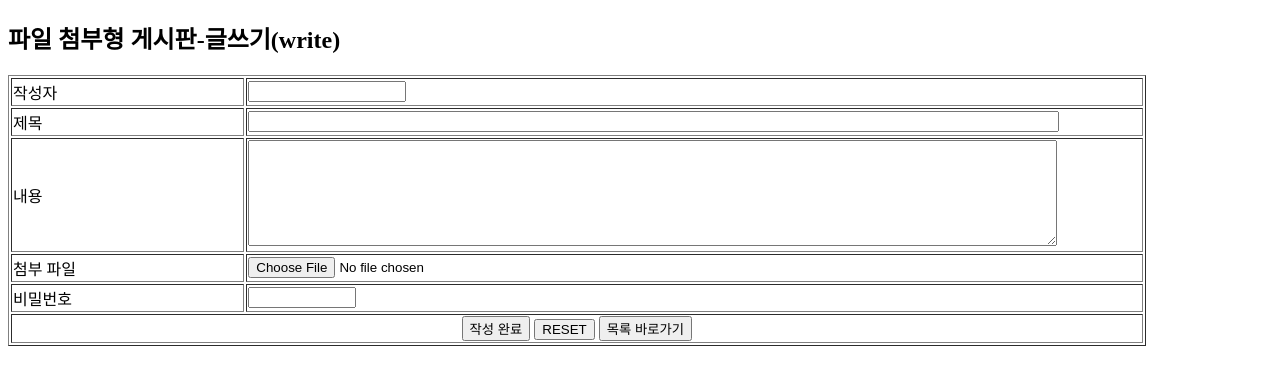
Repository: bluelessman/JSPServlet
Page: http://localhost/ServletStudy/14MVCBoard/Edit.jsp
An editor plug-in stored every save of this project. The page is shown before and after the next save, followed by the edit.
The browser window is 1280 px wide. The pictures show the whole page.
The page is served by Tomcat 10. Other server files are loaded and not shown.

Above is the page before, as saved 2023-12-27 08:12:44.

### ServletStudy/src/main/webapp/14MVCBoard/Edit.jsp
<%@ page language="java" contentType="text/html; charset=UTF-8"
    pageEncoding="UTF-8"%>
    <%@ taglib prefix="c" uri="jakarta.tags.core" %>
<!DOCTYPE html>
<html>
<head>
<meta charset="UTF-8">
<title>파일 첨부형 게시판</title>
<script type="text/javascript">
function validateForm(form){
	if(form.name.value==""){
		alert("작성자를 입력하세요.");
		form.name.focus();
		return false;
	}
	if(form.title.value==""){
		alert("제목을 입력하세요.");
		form.title.focus();
		return false;
	}
	if(form.content.value==""){
		alert("내용을 입력하세요.");
		form.content.focus();
		return false;
	}
	if(form.pass.value==""){
		alert("비밀번호를 입력하세요.");
		form.pass.focus();
		return false;
	}
}
</script>
</head>
<body>
<h2>파일 첨부형 게시판-글쓰기(write)</h2>
<form name="writeFrm" method="post" enctype="multipart/form-data"
action="../mvcboard/write.do" onsubmit="return validateForm(this);">
<table border="1" width="90%">
<tr>
<td>작성자</td>
<td><input type="text" name="name" style="width:150px;"/></td>
</tr>
<tr>
<td>제목</td>
<td><input type="text" name="title" style="width:90%;"/></td>
</tr>
<tr>
<td>내용</td>
<td><textarea name="content" style="width:90%;height:100px;"></textarea>
</td>
</tr>
<tr>
<td>첨부 파일</td>
<td><input type="file" name="ofile"/>
</td>
</tr>
<tr>
<td>비밀번호</td>
<td><input type="password" name="pass" style="width:100px;"/>
</td>
</tr>
<tr>
<td colspan="2" align="center">
<button type="submit">작성 완료</button>
<button type="reset">RESET</button>
<button type="button" onclick="location.href='../mvcboard/list/do';">목록 바로가기</button>
</td>
</tr>
</table>
</form>
</body>
</html>

After the next save:
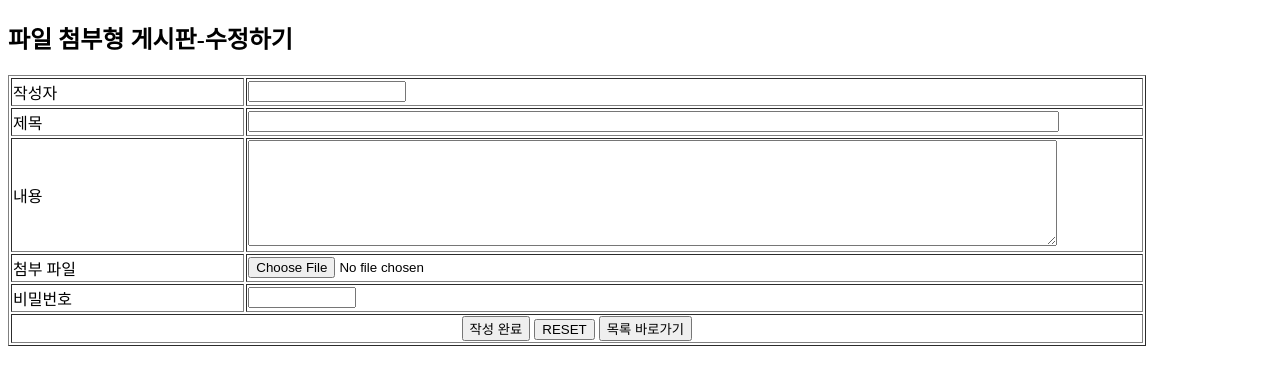
Saved 49 s later.
--- a/ServletStudy/src/main/webapp/14MVCBoard/Edit.jsp
+++ b/ServletStudy/src/main/webapp/14MVCBoard/Edit.jsp
@@ -23,16 +23,11 @@ function validateForm(form){
 		form.content.focus();
 		return false;
 	}
-	if(form.pass.value==""){
-		alert("비밀번호를 입력하세요.");
-		form.pass.focus();
-		return false;
-	}
 }
 </script>
 </head>
 <body>
-<h2>파일 첨부형 게시판-글쓰기(write)</h2>
+<h2>파일 첨부형 게시판-수정하기</h2>
 <form name="writeFrm" method="post" enctype="multipart/form-data"
 action="../mvcboard/write.do" onsubmit="return validateForm(this);">
 <table border="1" width="90%">
